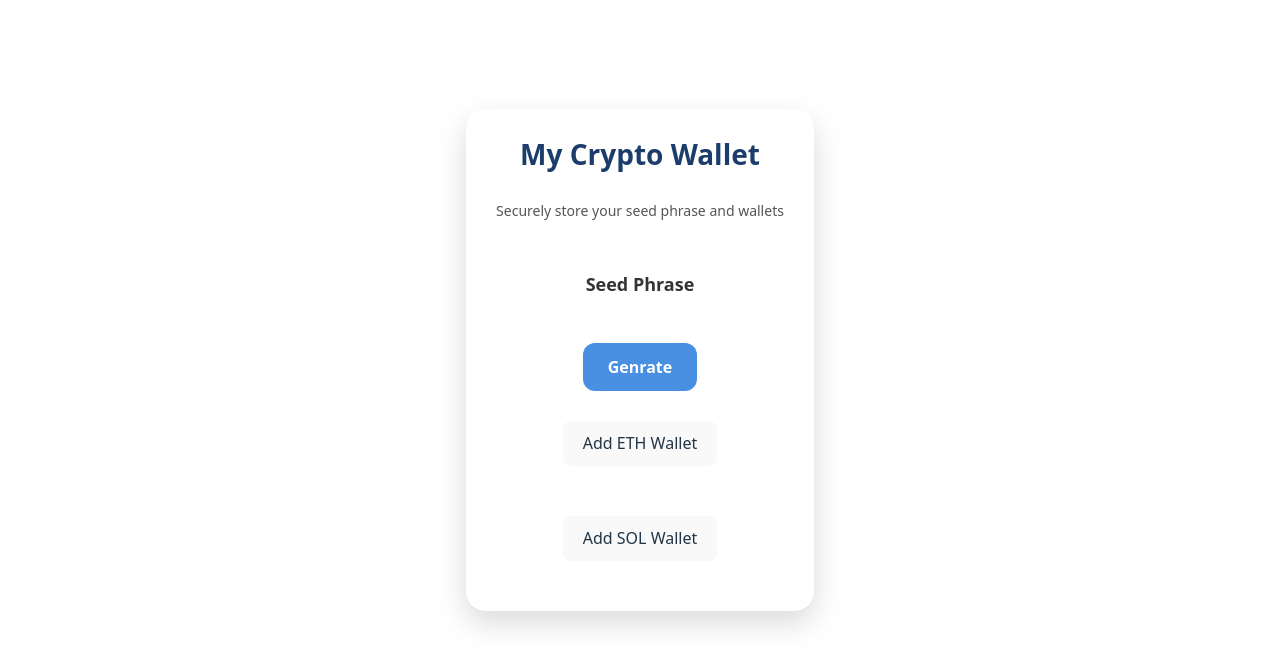
Repository: nishantsingh02/web-based-wallet-web-3
Page: /
An editor plug-in stored every save of this project. The page is shown before and after the next save, followed by the edit.
The browser window is 1280 px wide. The pictures show the whole page.
The project was rebuilt for these pictures with package versions that can differ from the ones it lists, and the page was loaded fresh each time. Also part of the build but not shown: vite.config.ts.

Above is the page before, as saved 2025-10-07 01:53:40.

### index.html
<!doctype html>
<html lang="en">
  <head>
    <meta charset="UTF-8" />
    <link rel="icon" type="image/svg+xml" href="/vite.svg" />
    <meta name="viewport" content="width=device-width, initial-scale=1.0" />
    <title>web-wallet</title>
  </head>
  <body>
    <div id="root"></div>
    <script type="module" src="/src/main.tsx"></script>
  </body>
</html>

### src/App.tsx
import { useState } from "react";
import { generateMnemonic } from "bip39";

import "./App.css";
import ETH_wallet from "./components/ETH_wallet";
import SOL_wallet from "./components/SOL_wallet";

function App() {

  const [mnemonic, setMnemonic] = useState(() => {
    return localStorage.getItem("mnemonic") || "";
  });

  // const [mnemonic, setMnemonic] = useState("");

  const words = mnemonic ? mnemonic.split(" ") : [];

  const handleGenrate = () => {
    if(mnemonic) {
      alert("Seed phrase already generated! Save it securely.");
      return;
    }
    const mn = generateMnemonic();
    setMnemonic(mn);
    localStorage.setItem("mnemonic", mn);
  }

  return (
    <div className="">
      <div className="wallet-card">
        {/* Header */}
        <h1 className="wallet-title">My Crypto Wallet</h1>
        <p className="wallet-subtitle">Securely store your seed phrase and wallets</p>

        {/* Seed Phrase Section */}
        <div className="seed-section">
          <h2 className="section-title">Seed Phrase</h2>
          <div className="mnemonic-container">
            {words.map((word, index) => (
              <div key={index} className="mnemonic-box">
                {word}
              </div>
            ))}
          </div>
          <button
            className="generate-btn"
            onClick={handleGenrate}
            disabled={!!mnemonic}
          >
            {mnemonic? "Seed Phrase Generated" : "Genrate"}
          </button>
        </div>

        {/* ETH Wallet Section */}
        <ETH_wallet mnemonic={mnemonic} />

              {/* SOL Wallet Section */}
        <SOL_wallet mnemonic= {mnemonic} />
      </div>

    </div>
  );
}

export default App;

### src/App.css
@import "tailwindcss";

#root {
  max-width: 1280px;
  margin: 0 auto;
  padding: 2rem;
  text-align: center;
}

/* App container */
.app-container {
  min-height: 100vh;
  display: flex;
  justify-content: center;
  align-items: flex-start;
  background-color: #f0f2f5;
  padding: 40px;
  font-family: 'Segoe UI', Tahoma, Geneva, Verdana, sans-serif;
}

/* Wallet Card */
.wallet-card {
  background-color: #ffffff;
  padding: 30px;
  border-radius: 20px;
  box-shadow: 0 12px 30px rgba(0,0,0,0.15);
  max-width: 800px;
  width: 100%;
  display: flex;
  flex-direction: column;
  gap: 30px;
}

/* Titles */
.wallet-title {
  text-align: center;
  font-size: 28px;
  font-weight: bold;
  color: #1c3d6b;
}

.wallet-subtitle {
  text-align: center;
  font-size: 14px;
  color: #555;
  margin-bottom: 20px;
}

/* Seed Phrase */
.seed-section {
  display: flex;
  flex-direction: column;
  align-items: center;
  gap: 15px;
}

.section-title {
  font-size: 18px;
  font-weight: 600;
  color: #333;
}

.mnemonic-container {
  display: flex;
  flex-wrap: wrap;
  justify-content: center;
  gap: 10px;
}

.mnemonic-box {
  background-color: #e0f0ff;
  padding: 10px 15px;
  border-radius: 8px;
  font-weight: 600;
  color: #1a1a1a;
  box-shadow: 0 3px 6px rgba(0,0,0,0.1);
  transition: transform 0.2s, box-shadow 0.2s;
  cursor: default;
}

.mnemonic-box:hover {
  transform: translateY(-3px);
  box-shadow: 0 6px 12px rgba(0,0,0,0.15);
}

/* Button */
.generate-btn {
  margin-top: 15px;
  padding: 12px 25px;
  background-color: #4a90e2;
  color: #fff;
  border: none;
  border-radius: 12px;
  font-weight: bold;
  cursor: pointer;
  transition: background-color 0.3s, transform 0.2s;
}

.generate-btn:hover {
  background-color: #1c6ed0;
  transform: translateY(-2px);
}


.addresses-container {
  display: flex;
  flex-wrap: wrap;
  gap: 15px;
  justify-content: center;
  margin-top: 20px;
}

.address-card {
  padding: 12px 20px;
  border-radius: 12px;
  border: 2px solid #4a90e2;
  background: linear-gradient(135deg, #e0f0ff, #c0e0ff);
  color: #1a1a1a;
  font-weight: 600;
  min-width: 250px;
  text-align: center;
  box-shadow: 0 4px 10px rgba(0, 0, 0, 0.1);
  cursor: pointer;

  /* animation */
  transform: translateY(-20px);
  opacity: 0;
  animation: slideIn 0.5s forwards;
  animation-delay: calc(var(--idx) * 0.1s); /* stagger effect */
}

.address-card:hover {
  background: linear-gradient(135deg, #4a90e2, #1c6ed0);
  color: white;
  transform: scale(1.05);
  transition: all 0.3s ease;
}

.balance {
  font-weight: 700;
  color: #0d47a1;
}

/* slide-in animation */
@keyframes slideIn {
  to {
    transform: translateY(0);
    opacity: 1;
  }
}


.container {
  text-align: center;
  margin-top: 40px;
}

.mnemonic-boxes {
  display: flex;
  flex-wrap: wrap;
  justify-content: center;
  gap: 10px;
  margin: 20px 0;
}

.word-box {
  padding: 10px 14px;
  border: 2px solid #4a90e2;
  border-radius: 10px;
  font-weight: 600;
  background-color: #f5f8ff;
  color: #333;
  transition: 0.2s;
}

.word-box:hover {
  background-color: #4a90e2;
  color: white;
}


.logo {
  height: 6em;
  padding: 1.5em;
  will-change: filter;
  transition: filter 300ms;
}
.logo:hover {
  filter: drop-shadow(0 0 2em #646cffaa);
}
.logo.react:hover {
  filter: drop-shadow(0 0 2em #61dafbaa);
}

@keyframes logo-spin {
  from {
    transform: rotate(0deg);
  }
  to {
    transform: rotate(360deg);
  }
}

@media (prefers-reduced-motion: no-preference) {
  a:nth-of-type(2) .logo {
    animation: logo-spin infinite 20s linear;
  }
}

.card {
  padding: 2em;
}

.read-the-docs {
  color: #888;
}

### src/components/ETH_wallet.tsx
import { mnemonicToSeed } from "bip39";
import { Wallet, HDNodeWallet } from "ethers";
import { useState } from "react";

interface ETHWalletProps {
    mnemonic: string
}

function ETH_wallet({ mnemonic }: ETHWalletProps) {
  const [currentIndex, setCurrentIndex] = useState(0);
  const [addresses, setAddresses] = useState<string[]>([]);

  return (
    <div>
      <button
        onClick={async () => {
          const seed = await mnemonicToSeed(mnemonic); // convert words → seed bytes
          const derivationPath = `m/44'/60'/${currentIndex}/0`;
          const hdNode = HDNodeWallet.fromSeed(seed); // create master wallet
          const child = hdNode.derivePath(derivationPath); // specific account
          const privateKey: string = child.privateKey;
          const wallet = new Wallet(privateKey);
          setCurrentIndex(currentIndex + 1);
          setAddresses([...addresses, wallet.address]);
        }}
      >
        Add ETH Wallet
      </button>

        {/* render the public keys keys  */}
      <div className="addresses-container">
        {addresses.map((addr, idx) => (
          <div key={idx} className="address-card">
            <span>ETH - {addr}</span>

          </div>
        ))}
      </div>

    </div>
  );
}

export default ETH_wallet;

### src/components/SOL_wallet.tsx
import { useState } from "react";
import { mnemonicToSeed } from "bip39";
import { derivePath } from "ed25519-hd-key";
import nacl from "tweetnacl";
import { Keypair, PublicKey } from "@solana/web3.js";

interface SOLWalletProps {
  mnemonic: string;
}

function SOL_wallet({ mnemonic }: SOLWalletProps) {
  const [currentIndex, setCurrentIndex] = useState(0);
  const [publicKeys, setPublicKeys] = useState<PublicKey[]>([]);

  return (
    <div>
      <button
        onClick={async () => {
          const seed = await mnemonicToSeed(mnemonic);
          const path = `m/44'/501'/${currentIndex}'`;
          const derivedSeed = derivePath(path, seed.toString("hex")).key;
          console.log(derivedSeed);
          const secret = nacl.sign.keyPair.fromSeed(derivedSeed).secretKey; // genrate the public and private key pair where we only select .secretKey that is a private key
          const keypair = Keypair.fromSecretKey(secret); // this can genrate kepair object that contain .publicKey and .secretkey
          setCurrentIndex(currentIndex + 1);
          setPublicKeys([...publicKeys, keypair.publicKey]);
        }}
      >
        Add SOL Wallet
      </button>

         {/* render the public keys keys  */}
      <div className="addresses-container" >
        {publicKeys.map((p, idx) => (
          <div key ={idx} className="address-card" >SOL - {p.toBase58()}</div>
        ))}
      </div>
    </div>
  );
}

export default SOL_wallet;

Loaded but not shown: src/main.tsx (common file); src/index.css (common file)

After the next save:
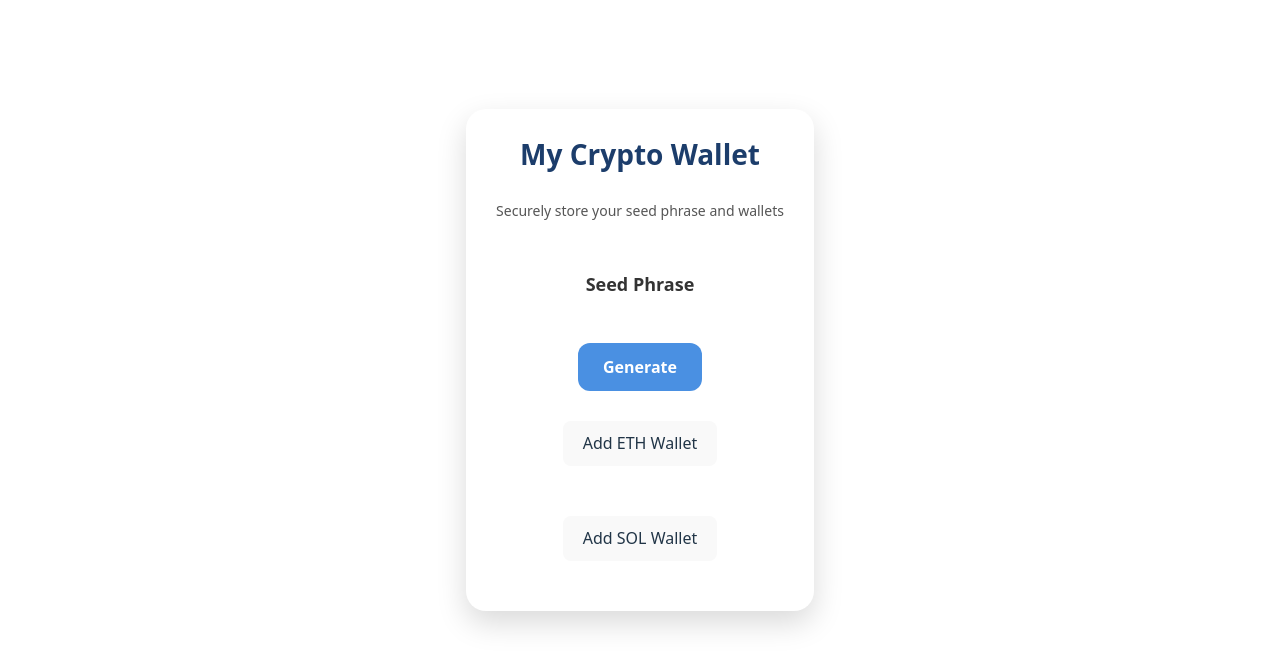
Saved 4 s later.
--- a/src/App.tsx
+++ b/src/App.tsx
@@ -47,7 +47,7 @@ function App() {
             onClick={handleGenrate}
             disabled={!!mnemonic}
           >
-            {mnemonic? "Seed Phrase Generated" : "Genrate"}
+            {mnemonic? "Seed Phrase Generated" : "Generate"}
           </button>
         </div>
 
